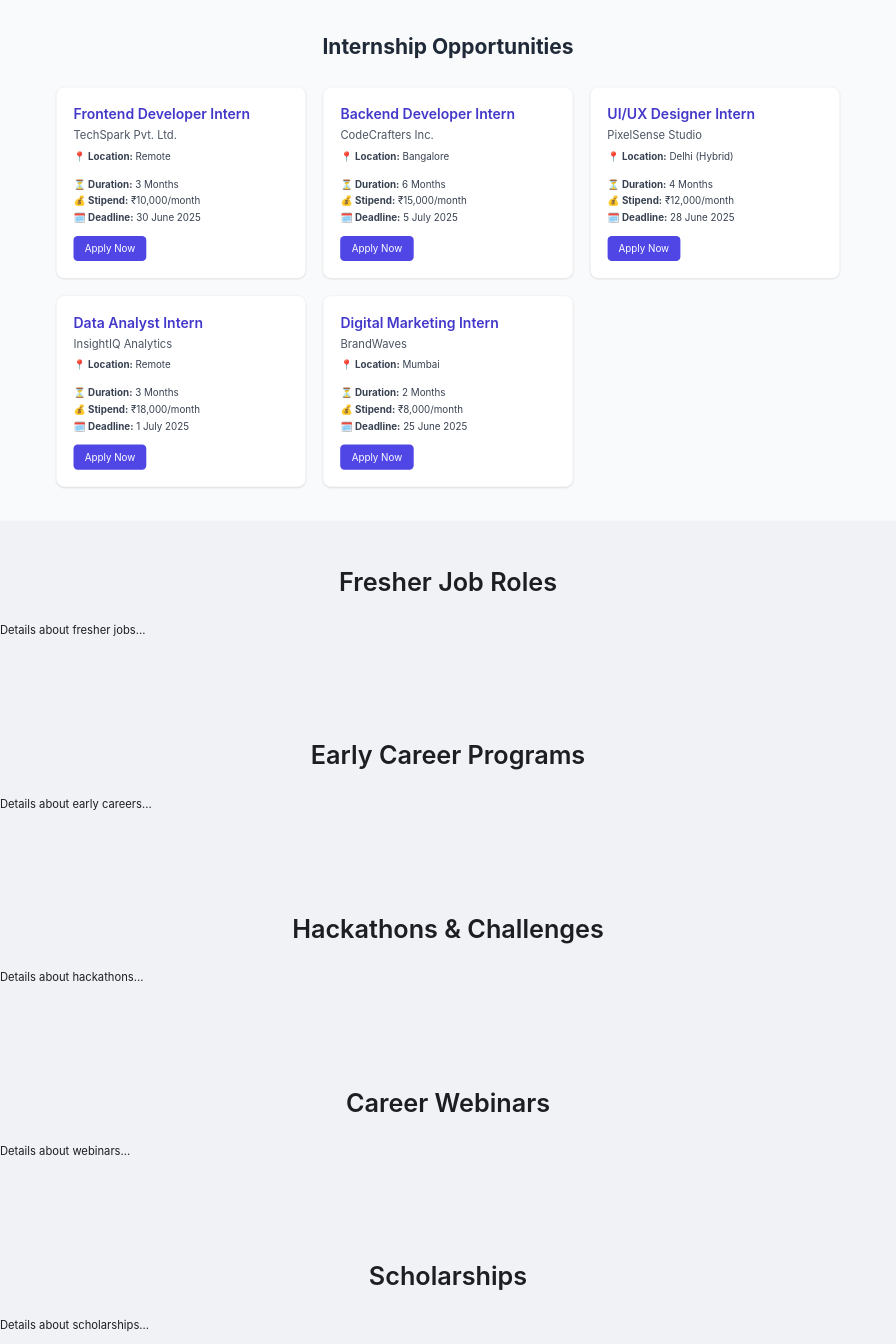
Repository: Siddharthkothiyal/GharPadhaaroCareerWebsite
Page: /students
The author's editor kept a copy of each file at every save. The page is drawn from the files as they stood at one save, then again after the next save.
The browser window is 1280 px wide. The pictures show the part of the page from y = 0 to 1920 px (the page is 2728 px tall before and 2112 px after), at 70% of full size.
The project was rebuilt for these pictures with package versions that can differ from the ones it lists, and the page was loaded fresh each time. Also part of the build but not shown: src/components/CareerPortal/Header.css, src/components/CareerPortal/ResumeUpload.css, src/components/CareerPortal/ResumeUpload.js, src/components/CareerPortal/Header.js, src/components/CareerPortal/JobListing/JobSearch.css, src/components/CareerPortal/JobListing/JobSearch.js, src/components/CareerPortal/JobListing/JobFilters.css, src/components/CareerPortal/JobListing/JobFilters.js and 10 more.

Above is the page before, as saved 2025-06-21 17:47:31.

After the next save:
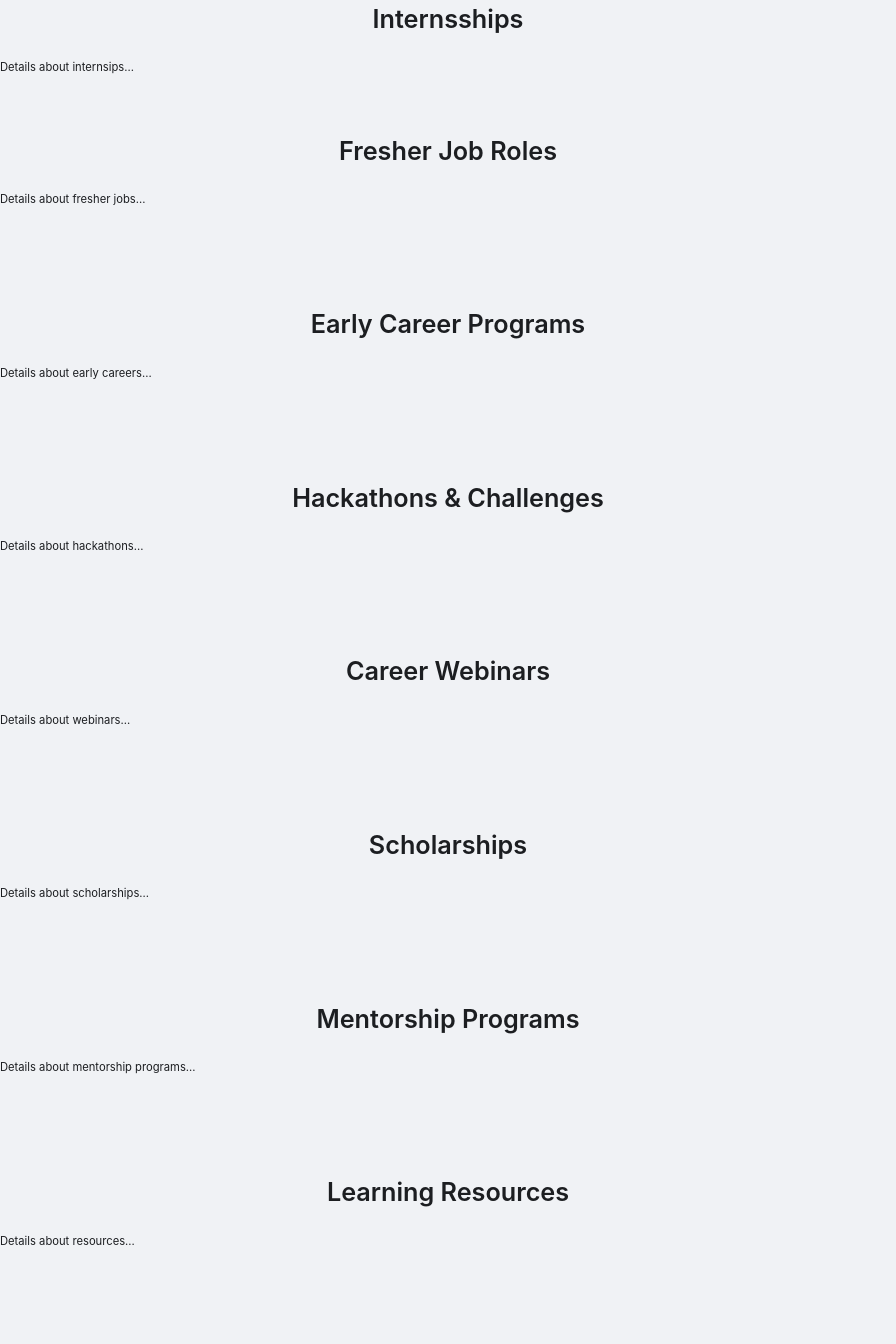
Saved 5 min 1 s later.
--- a/src/components/CareerPortal/StudentsPage/StudentsPage.js
+++ b/src/components/CareerPortal/StudentsPage/StudentsPage.js
@@ -6,7 +6,9 @@ import Internships from './sections/Internships'; // Adjust path if needed
 const StudentsPage = () => {
   return (
     <div className="students-container">
-       <Internships />
+      <h2>Internsships</h2>
+        <p>Details about internsips...</p>
+       {/* <Internships /> */}
 
       <section id="fresher-jobs">
         <h2>Fresher Job Roles</h2>
